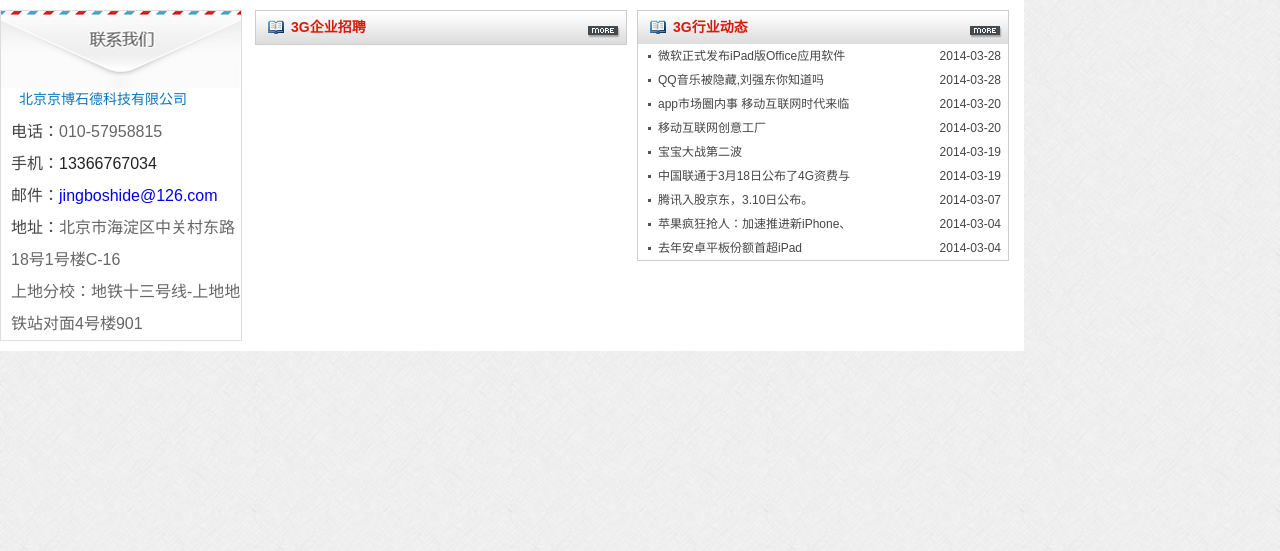
Repository: wzhcxw/shop
Page: ShopOnline/WebContent/about.html
These files come from the project's save history. The page is drawn as it stood at one moment and after the next save; the edit follows.
The browser window is 1280 px wide. The pictures show the whole page.

Above is the page before, as saved 2014-10-02 22:31:18.

After the next save:
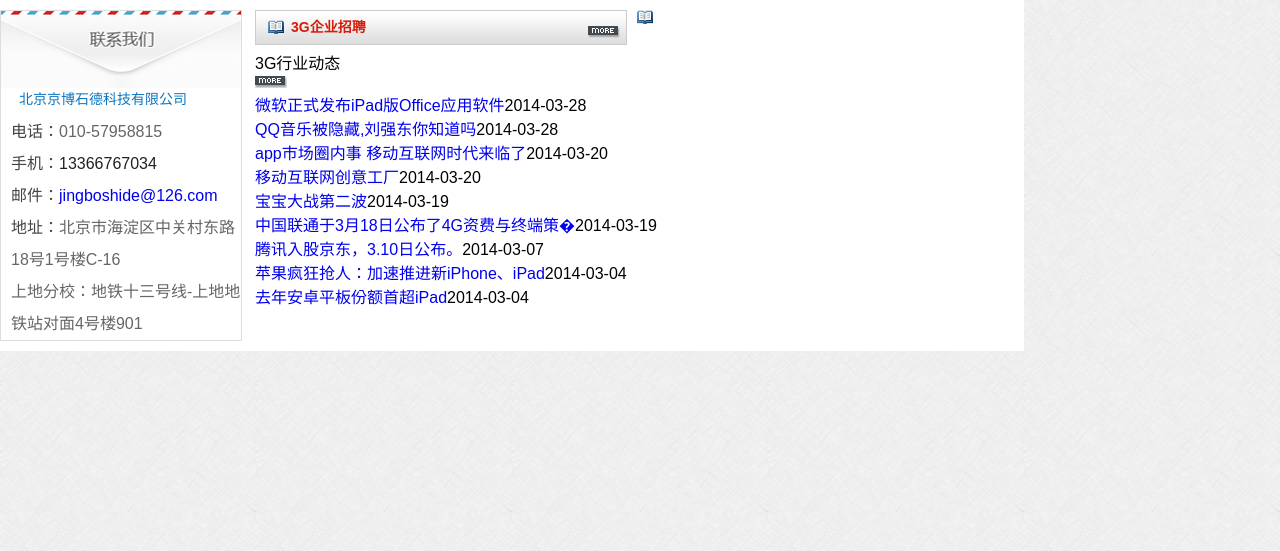
Saved 10 min 46 s later.
--- a/ShopOnline/WebContent/about.html
+++ b/ShopOnline/WebContent/about.html
@@ -45,8 +45,8 @@
 				        </dl>
 
 				      </div>
-				      <div class="b1" style=" display:inline;">
-				        <dl class="b11">
+				      <div class="b9" style=" display:inline;">
+				        <dl class="b99">
 				          <dt><img src="/static/images/s1.jpg" width="16" height="14" />3G行业动态</dt>
 				          <dd><a href="/?c=news&catid=21"><img src="./static/images/more.jpg" width="32" height="12" /></a></dd>
 				        </dl>
